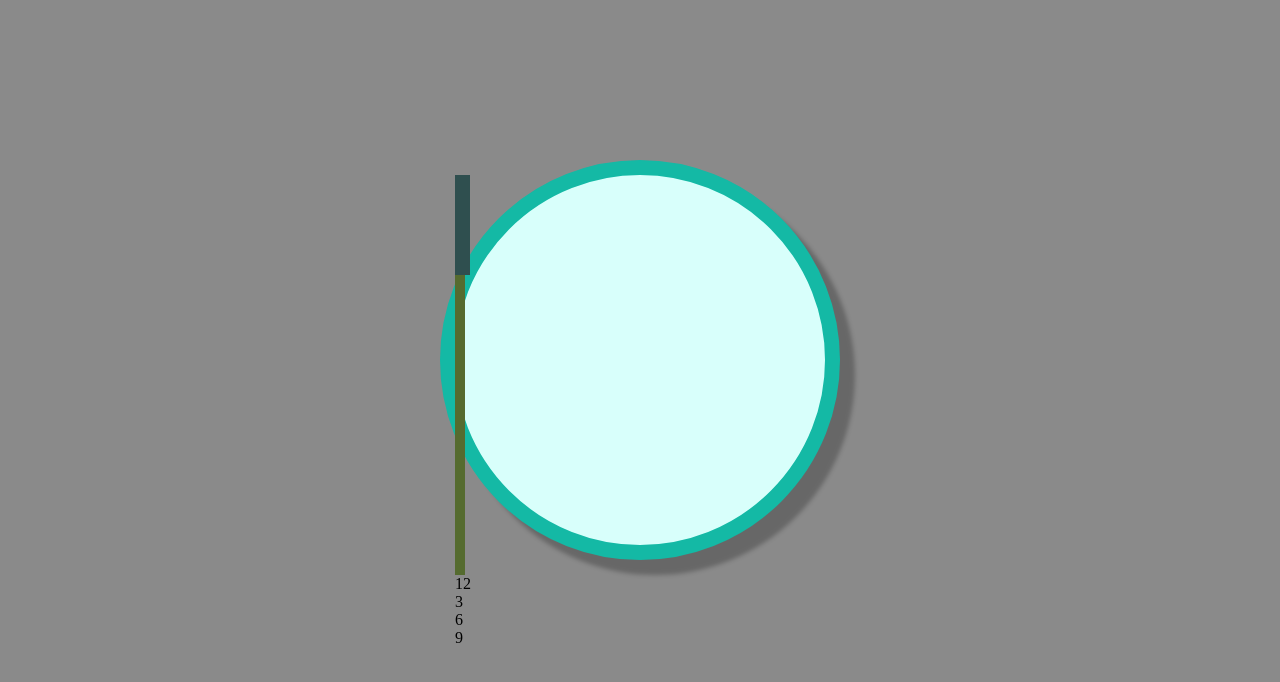
Repository: ChenWarren/web-clock
Page: index.html
These files come from the project's save history. The page is drawn as it stood at one moment and after the next save; the edit follows.
The browser window is 1280 px wide. The pictures show the whole page.

Above is the page before, as saved 2021-03-18 20:52:08.

### index.html
<!DOCTYPE html>
<html lang="en">
<head>
    <meta charset="UTF-8">
    <meta http-equiv="X-UA-Compatible" content="IE=edge">
    <meta name="viewport" content="width=device-width, initial-scale=1.0">
    <link rel="stylesheet" href="main.css">
    <title>Clock</title>
</head>
<body>
    <main class="clock">
        <div class="hour"></div>
        <div class="minute"></div>
        <div class="second"></div>

        <div class="number">
            <div class="num_1">12</div>
        </div>
        <div class="number">
            <div class="num_3">3</div>
        </div>
        <div class="number">
            <div class="num_1">6</div>
        </div>
        <div class="number">
            <div class="num_1">9</div>
        </div>

        <div class="dot"></div>
        <div class="dot"></div>
        <div class="dot"></div>
        <div class="dot"></div>
        <div class="dot"></div>
        <div class="dot"></div>
        <div class="dot"></div>
        <div class="dot"></div>
    </main>

    <script src="clock.js"></script>

</body>
</html>

### main.css
* {
    margin: 0;
    padding: 0;
    box-sizing: border-box;
}

body {
    background-color: rgb(138, 138, 138);
    display: flex;
    justify-content: center;
    align-items: center;
    width: 100vw;
    height: 100vh;
    overflow: hidden;
}

.clock {
    width: 400px;
    height: 400px;
    border-radius: 50%;
    background: #d8fffb;
    border: 15px solid #14B9A5;
    box-sizing: border-box;
    box-shadow: 15px 15px 4px rgba(0, 0, 0, 0.25);
}

.hour {
    width: 15px;
    height: 100px;
    background-color:  darkslategray;
}

.minute {
    width: 10px;
    height: 150px;
    background-color:darkolivegreen;
}

.second {
    width: 10px;
    height: 150px;
    background-color:darkolivegreen;
}

Loaded but not shown: clock.js (no copy from this time; the picture is the same without it)

After the next save:
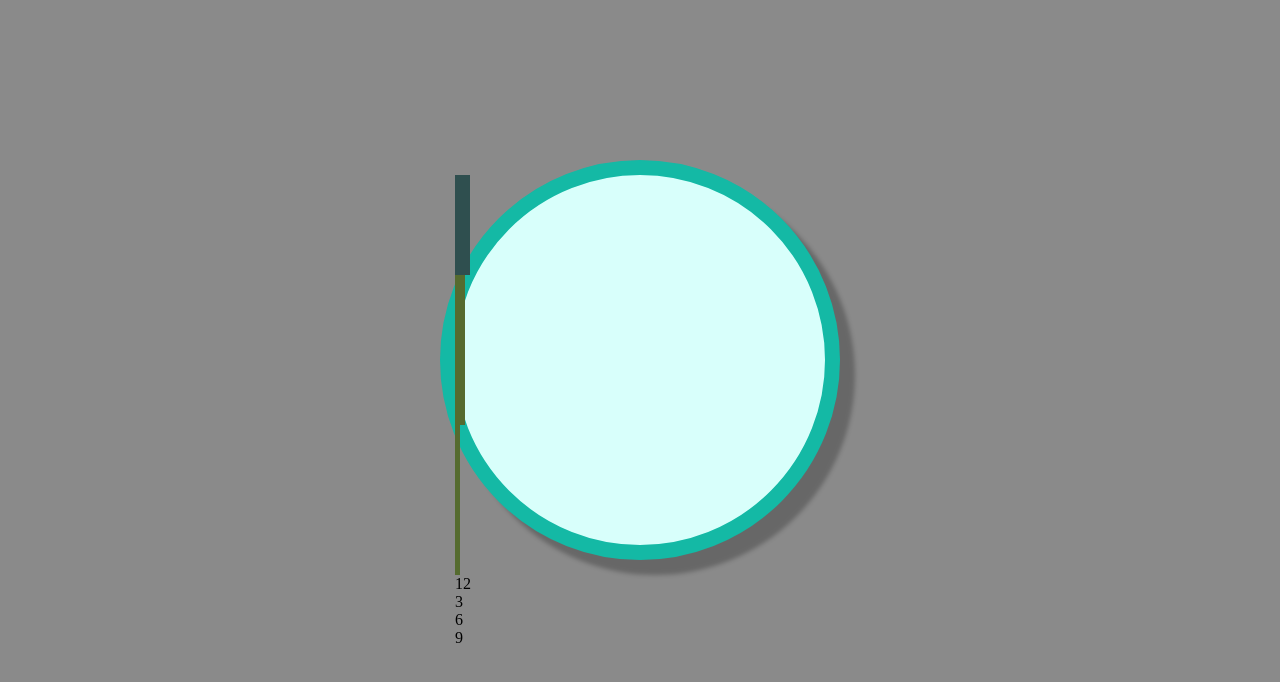
Saved 4 s later.
--- a/main.css
+++ b/main.css
@@ -37,7 +37,7 @@ body {
 }
 
 .second {
-    width: 10px;
+    width: 5px;
     height: 150px;
     background-color:darkolivegreen;
 }
